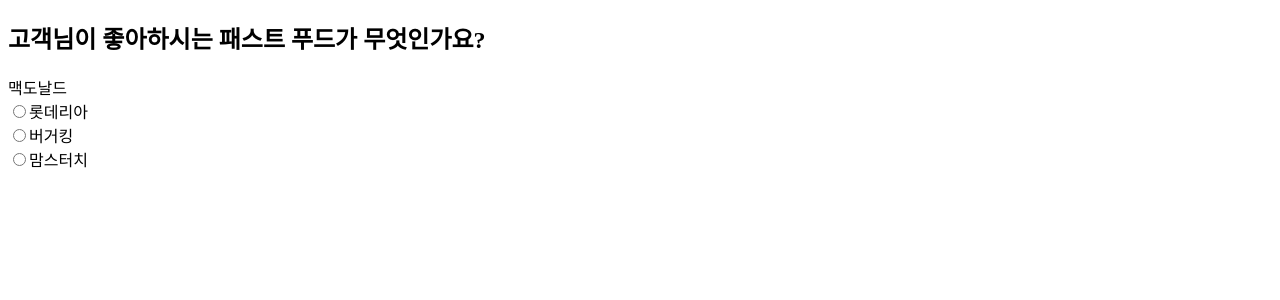
Repository: Hongjeongmin/university
Page: webprograming/test/test/WebContent/a.html
The author's editor kept a copy of each file at every save. The page is drawn from the files as they stood at one save, then again after the next save.
The browser window is 1280 px wide. The pictures show the whole page.

Above is the page before, as saved 2018-09-20 03:26:07.

### webprograming/test/test/WebContent/a.html
<!DOCTYPE html>
<html>
<head>
<meta charset="UTF-8">
<title>Insert title here</title>
</head>
<body>
<h2>고객님이 좋아하시는 패스트 푸드가 무엇인가요?</h2><p>
<form method="get" action="b.jsp">
<input type="hidden" name="br" value="macdonardo"/>맥도날드<br>
<input type="radio" name="br" value="lotderia"/>롯데리아<br>
<input type="radio" name="br" value="burgerking"/>버거킹<br>
<input type="radio" name="br" value="mom"/>맘스터치<br>

</form>
</body>
</html>

After the next save:
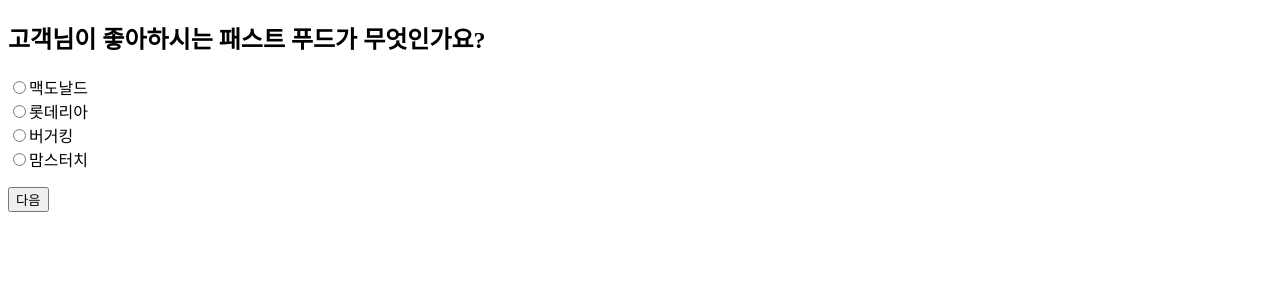
Saved 105 s later.
--- a/webprograming/test/test/WebContent/a.html
+++ b/webprograming/test/test/WebContent/a.html
@@ -7,11 +7,12 @@
 <body>
 <h2>고객님이 좋아하시는 패스트 푸드가 무엇인가요?</h2><p>
 <form method="get" action="b.jsp">
-<input type="hidden" name="br" value="macdonardo"/>맥도날드<br>
+<input type="radio" name="br" value="macdonardo"/>맥도날드<br>
 <input type="radio" name="br" value="lotderia"/>롯데리아<br>
 <input type="radio" name="br" value="burgerking"/>버거킹<br>
 <input type="radio" name="br" value="mom"/>맘스터치<br>
-
+<p>
+<input type="submit" value="다음"/>
 </form>
 </body>
 </html>
